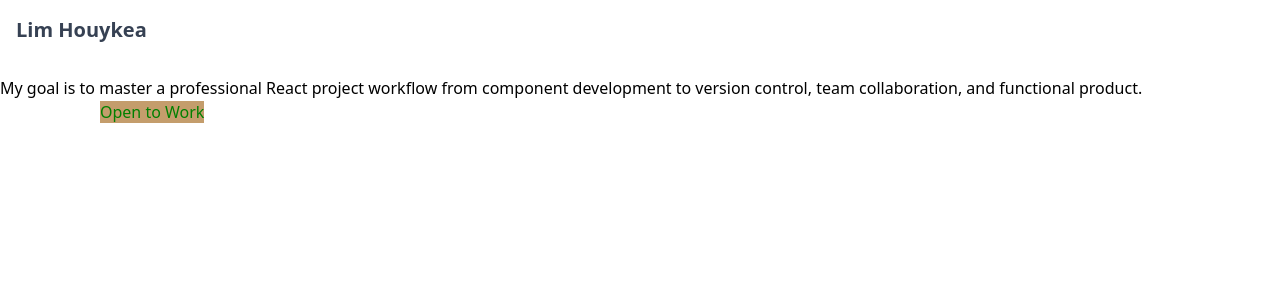
Repository: Houykea/jia-portfolio
Page: /
These files come from the project's save history. The page is drawn as it stood at one moment and after the next save; the edit follows.
The browser window is 1280 px wide. The pictures show the whole page.
The project was rebuilt for these pictures with package versions that can differ from the ones it lists, and the page was loaded fresh each time. Also part of the build but not shown: vite.config.js.

Above is the page before, as saved 2026-09-11 17:08:11.

After the next save:
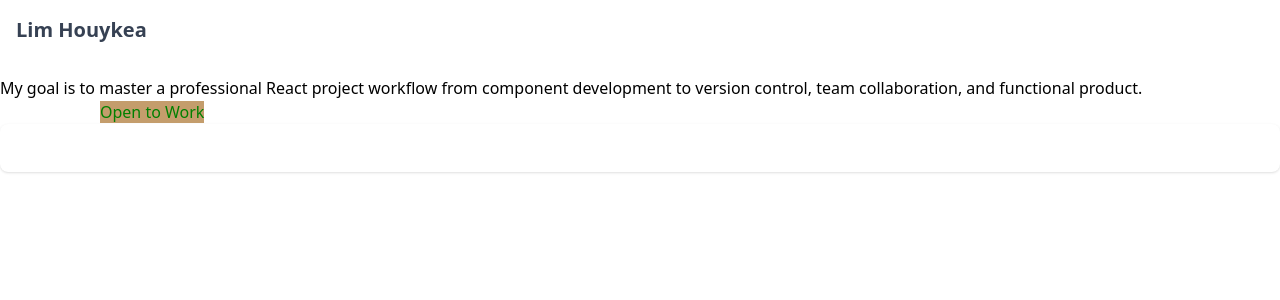
Saved 5 s later.
--- a/src/App.jsx
+++ b/src/App.jsx
@@ -10,7 +10,7 @@
       <SectionHeading title="Lim Houykea"/>
       <p>My goal is to master a professional React project workflow from component development to version control, team collaboration, and functional product.</p>
       <StatusBadge isOpenToWork={true}/>
-
+      <Card></Card>
     </>
   )
 }

After the 2 saves that followed:
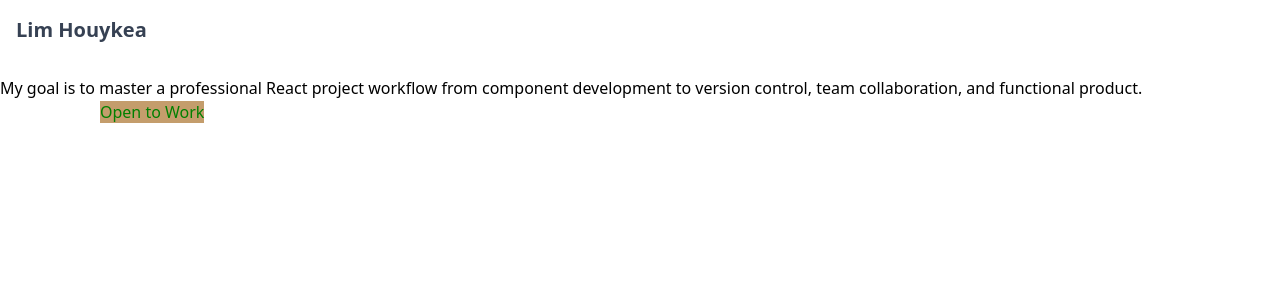
The 2 saves are shown as one change because 1 left the picture as it was.
The last was saved 23 s later.
--- a/src/App.jsx
+++ b/src/App.jsx
@@ -10,7 +10,7 @@
       <SectionHeading title="Lim Houykea"/>
       <p>My goal is to master a professional React project workflow from component development to version control, team collaboration, and functional product.</p>
       <StatusBadge isOpenToWork={true}/>
-      <Card></Card>
+
     </>
   )
 }
